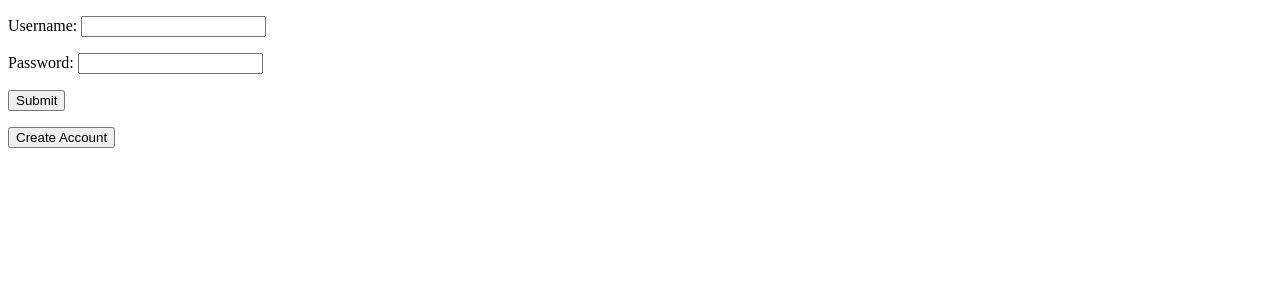
Repository: Jtho28/4830-group-project
Page: Esports-webproj/src/main/webapp/WEB-INF/Login.html
An editor plug-in stored every save of this project. The page is shown before and after the next save, followed by the edit.
The browser window is 1280 px wide. The pictures show the whole page.

Above is the page before, as saved 2022-11-16 20:28:54.

After the next save:
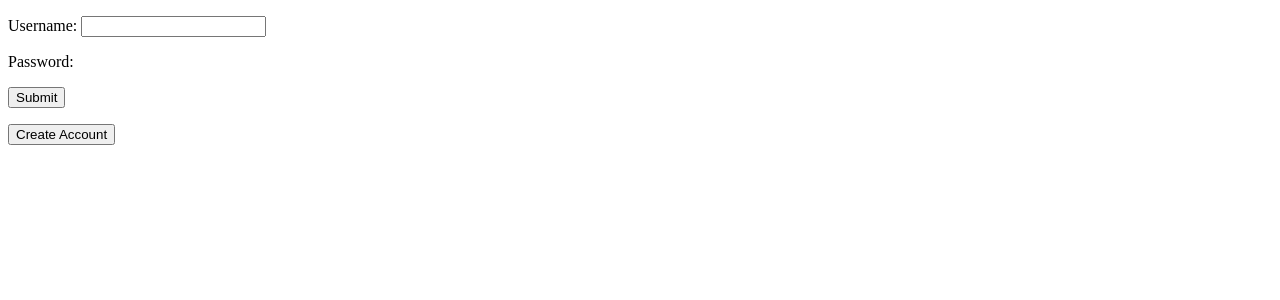
Saved 2 min 40 s later.
--- a/Esports-webproj/src/main/webapp/WEB-INF/Login.html
+++ b/Esports-webproj/src/main/webapp/WEB-INF/Login.html
@@ -7,7 +7,7 @@
 <body>
 <form action="Login" method="post">
 <p>Username: <input type="text" name="username" /></p>
-<p>Password: <input type="text" name="password" /></p>
+<p>Password: <input type="hidden" name="password" /></p>
 <p><input type="submit" /></p>
 <p><button type="button">
 Create Account

After the save that followed:
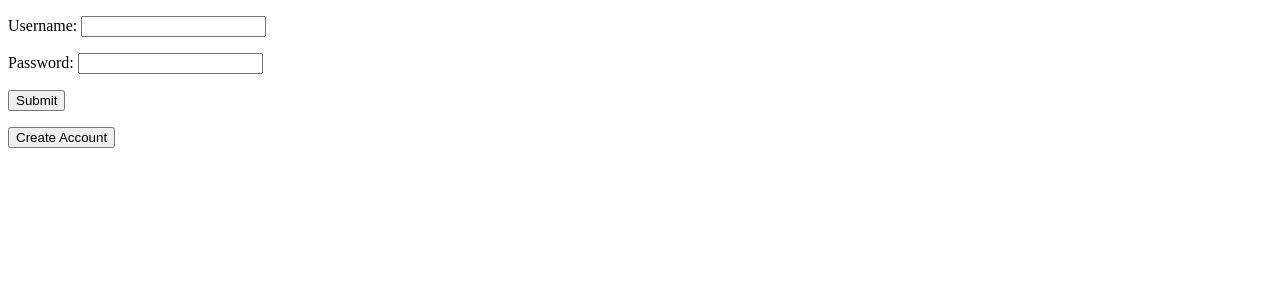
Saved 32 s later.
--- a/Esports-webproj/src/main/webapp/WEB-INF/Login.html
+++ b/Esports-webproj/src/main/webapp/WEB-INF/Login.html
@@ -7,7 +7,7 @@
 <body>
 <form action="Login" method="post">
 <p>Username: <input type="text" name="username" /></p>
-<p>Password: <input type="hidden" name="password" /></p>
+<p>Password: <input type="text" name="password" /></p>
 <p><input type="submit" /></p>
 <p><button type="button">
 Create Account
